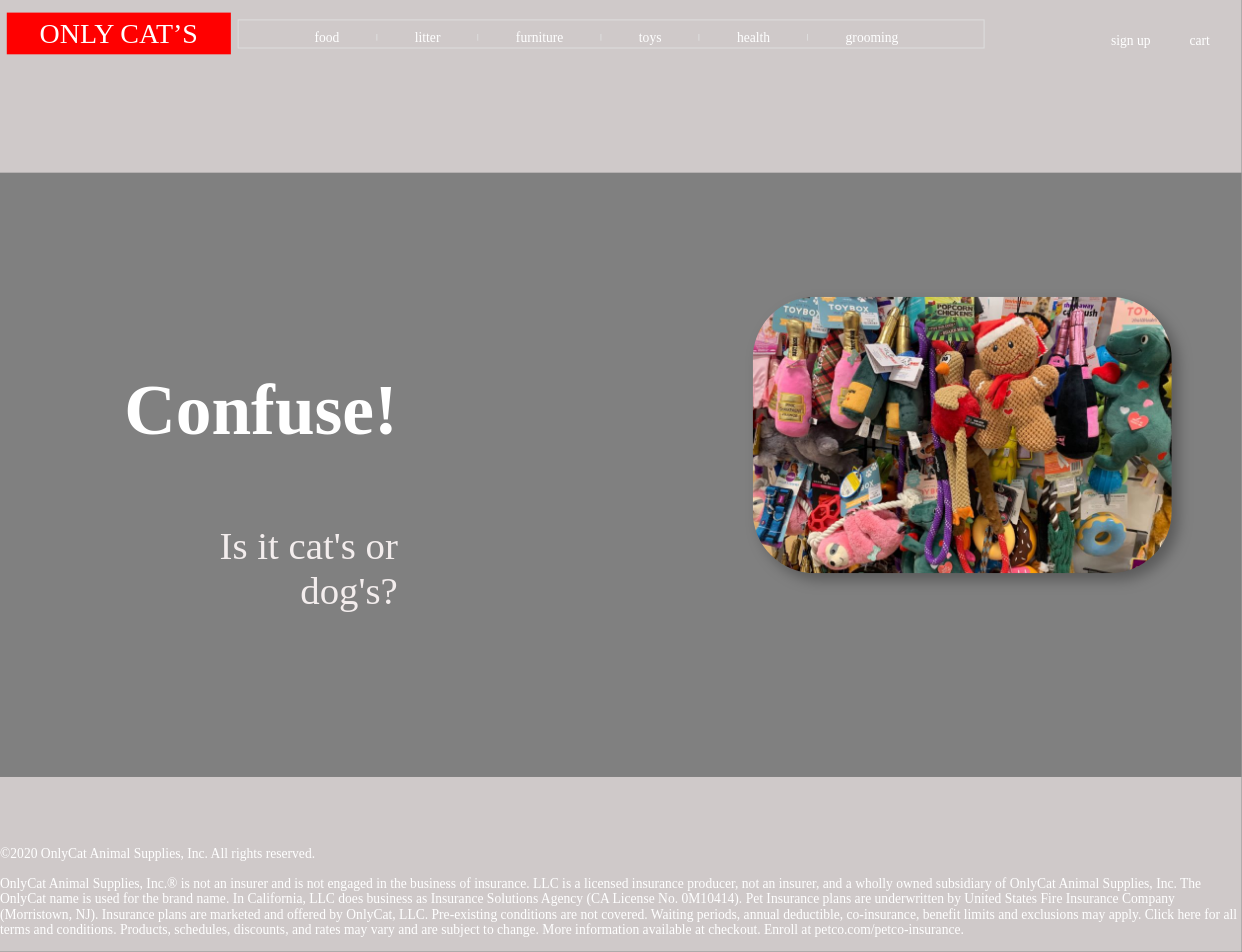
Repository: itson1115/chan_git
Page: cat/index2.html
The author's editor kept a copy of each file at every save. The page is drawn from the files as they stood at one save, then again after the next save.
The browser window is 1280 px wide. The pictures show the whole page, at 97% of full size.

Above is the page before, as saved 2021-09-02 04:39:05.

### cat/index2.html
<!DOCTYPE html>
<html lang="ko">
<head>
  <meta charset="UTF-8">
  <meta http-equiv="X-UA-Compatible" content="IE=edge">
  <meta name="viewport" content="width=device-width, initial-scale=1.0">
  <title>Document</title>
  <link rel="stylesheet" href="css/style2.css">
</head>
<body>
  <header>
    <div class="logo">ONLY CAT’S</div>
    <div class="navi">
      <nav>
        <ul>
          <li>food</li>
          <li>litter</li>
          <li>furniture</li>
          <li>toys</li>
          <li>health</li>
          <li>grooming</li>
        </ul>
      </nav>
    </div>
    <div class="my">
      <span>sign up</span><span>cart</span>
    </div>
  </header>
  <section class="container">
    <article class="confuse">
      <div class="article-body">
        <h1>Confuse!</h1>
        <p>Is it cat's or<br/>dog's?</p>
      </div>
      <div class="article-image">
        <img src="images/toys.jpg"/>
      </div>
    </article>
  </section>
  <section class="bottom">
    <p>©2020 OnlyCat Animal Supplies, Inc. All rights reserved.</p>

     <p>OnlyCat Animal Supplies, Inc.® is not an insurer and is not engaged in the business of insurance. LLC is a licensed insurance producer, not an insurer, and a wholly owned subsidiary of OnlyCat Animal Supplies, Inc. The OnlyCat name is used for the brand name. In California,  LLC does business as Insurance Solutions Agency (CA License No. 0M10414).

      Pet Insurance plans are underwritten by United States Fire Insurance Company (Morristown, NJ). Insurance plans are marketed and offered by OnlyCat, LLC.

      Pre-existing conditions are not covered. Waiting periods, annual deductible, co-insurance, benefit limits and exclusions may apply. Click here for all terms and conditions. Products, schedules, discounts, and rates may vary and are subject to change. More information available at checkout. Enroll at petco.com/petco-insurance.</p>
  </section>
</body>
</html>

### cat/css/style2.css
@import url("https://fonts.googleapis.com/css?family=Roboto:700");

:root {
  --title-text-show-delay: 0.5s;
  --title-text-show-duration: 0.5s;
  --title-rect-show-duration: 0.3s;
  --title-cats-show-duration: 0.4s;
  --title-rect-hide-delay: 2s;
}

body {
  margin: 0;
  padding: 0;
  background: #cfc9c9;
  color: white;
  font-size: 14px;
}

header {
  position: relative;
  height: 7vmin;
}

h1 {
  font-size: 4.6rem;
}

header .logo {
  margin: 1vmax 1vmin;
  float: left;
  width: 18vmax;
  height: 6vmin;
  background: red;
  text-align: center;
  font-size: 1.8rem;
  line-height: 6vmin;
}

header .navi {
  position: absolute;
  bottom: 0;
  border: 1px solid #dedede;
  display: inline-block;
  width: 60vmax;
  height: 4vmin;
  float: left;
}

header nav {
  text-align: center;
  line-height: 1vmin;
}

header nav ul {
  list-style-type: none;
  /* padding-left: 0; */
}

header nav li {
  float: left;
  padding: 0 3vmax;
  border-right: 1px solid #dedede;
}

header nav li:nth-last-child(1) {
  border-right: none;
}

header nav li:hover {
  color: #000;
  cursor: grab;
}

header::after {
  display: block;
  content: "";
  clear: both;
}

header .my {
  position: absolute;
  right: 1vmax;
  bottom: 0;
  display: inline-block;
}

header .my span {
  padding: 0 20px;
}

section.container {
  position: relative;
  margin-top: 10vmax;
  padding: 10vmax 0;
  background: grey;
}

section.container::after {
  display: block;
  content: "";
  clear: both;
}

.article-body {
  margin-left: 10vmax;
  text-align: right;
}

.article-body > p {
  font-size: 2.5rem;
  color: #f3eded;
}

.article-image {
  position: absolute;
  right: 10vmin;
}

.article-image > img {
  width: 60vmin;
  margin-left: 5vmax;
  border-radius: 5vmax;
  filter: drop-shadow(1vmin 1vmin 1vmin rgba(0, 0, 0, 0.3));
}

.article-body {
  float: left;
}

section.bottom {
  margin-top: 10vmin;
}

After the next save:
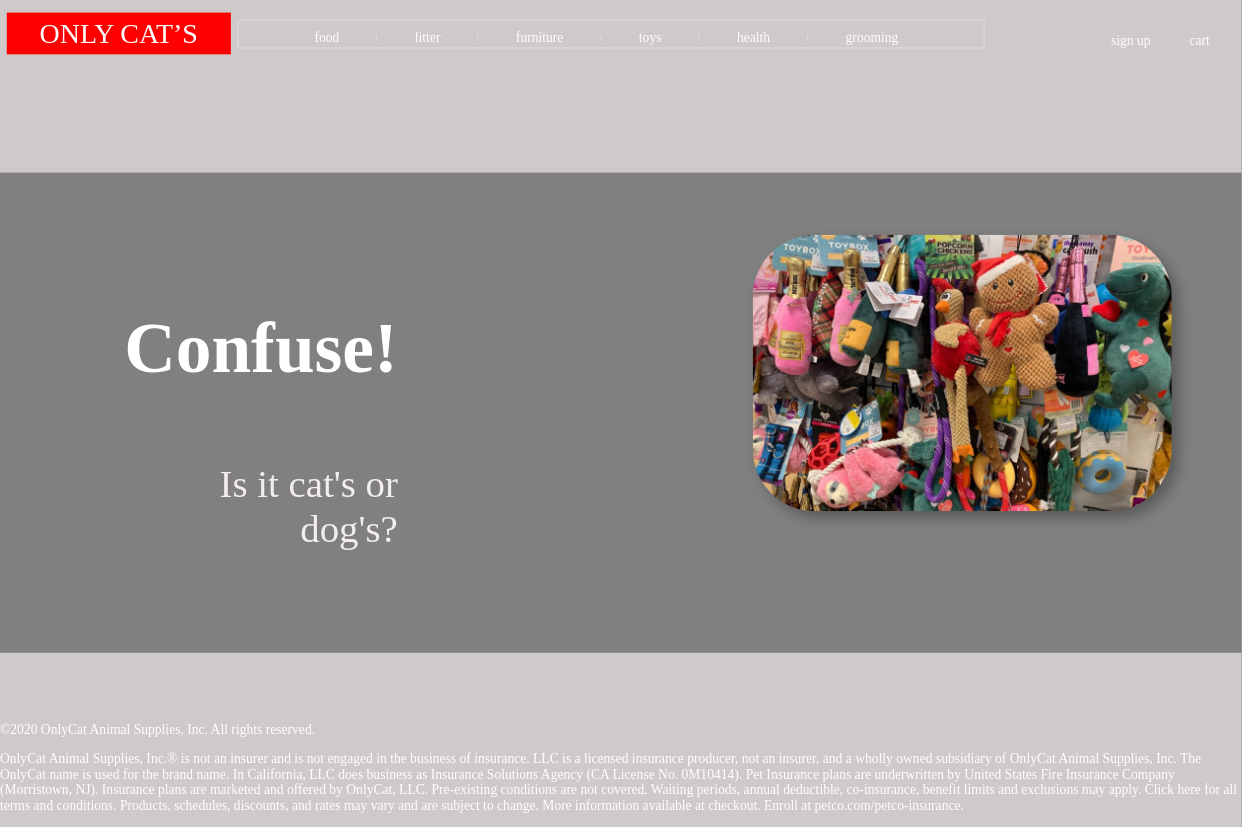
Saved 7 s later.
--- a/cat/css/style2.css
+++ b/cat/css/style2.css
@@ -91,7 +91,7 @@
 section.container {
   position: relative;
   margin-top: 10vmax;
-  padding: 10vmax 0;
+  padding: 5vmax 0;
   background: grey;
 }
 
